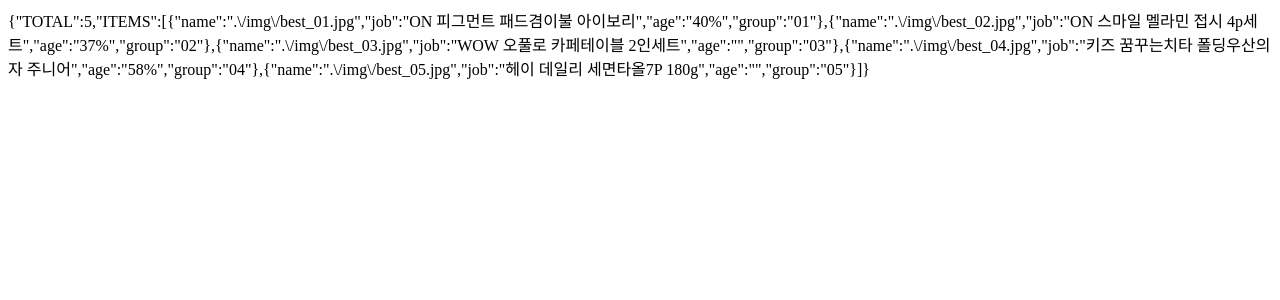
Repository: InhoKang92/jsp_1018
Page: http://localhost/Web_01/json/best.jsp
The author's editor kept a copy of each file at every save. The page is drawn from the files as they stood at one save, then again after the next save.
The browser window is 1280 px wide. The pictures show the whole page.
The page is served by Tomcat 9. Other server files are loaded and not shown.

Above is the page before, as saved 2024-10-18 00:49:08.

### Web_01/src/main/webapp/json/best.jsp
<%@ page language="java" contentType="text/html; charset=UTF-8"
pageEncoding="UTF-8"%>

<%@page import="org.json.simple.JSONObject"%>
<%@page import="org.json.simple.JSONArray"%>

<%

Object[][] best = {
						{"./img/best_01.jpg", "01", "ON 피그먼트 패드겸이불 아이보리", "40%", "29,000원", "49,900원"},
						{"./img/best_02.jpg", "02", "ON 스마일 멜라민 접시 4p세트", "37%", "9,900원", "15,900원"},
						{"./img/best_03.jpg", "03", "WOW 오풀로 카페테이블 2인세트", "", "117,700원", ""},
						{"./img/best_04.jpg", "04", "키즈 꿈꾸는치타 폴딩우산의자 주니어", "58%", "15,900원", "37,900원"},
						{"./img/best_05.jpg", "05", "헤이 데일리 세면타올7P 180g", "", "29,900원", ""}
				  };

JSONObject jsonList = new JSONObject();
JSONArray itemList = new JSONArray();


for(int i=0;i < best.length; i++){
	JSONObject tempJson = new JSONObject();
		tempJson.put("name", best[i][0]);
		tempJson.put("group", best[i][1]);
		tempJson.put("job", best[i][2]);
		tempJson.put("age", best[i][3]);
	itemList.add(tempJson);
}
jsonList.put("TOTAL",best.length);
jsonList.put("ITEMS",itemList);

System.out.println(jsonList);
out.print(jsonList);

%>

After the next save:
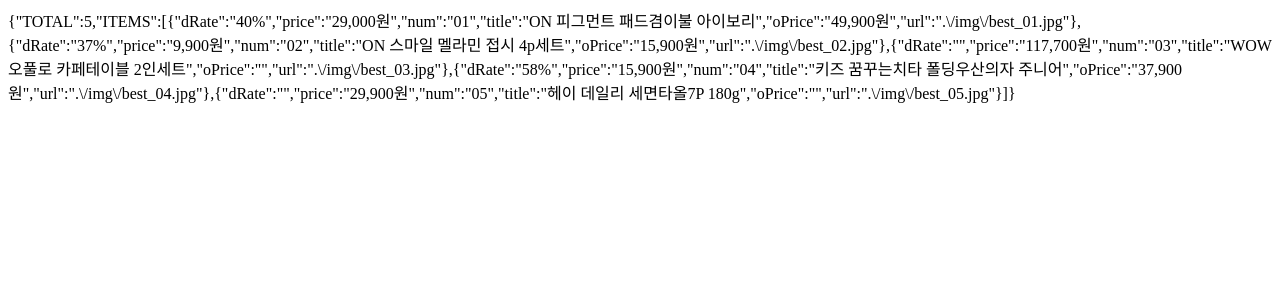
Saved 56 s later.
--- a/Web_01/src/main/webapp/json/best.jsp
+++ b/Web_01/src/main/webapp/json/best.jsp
@@ -20,10 +20,12 @@ JSONArray itemList = new JSONArray();
 
 for(int i=0;i < best.length; i++){
 	JSONObject tempJson = new JSONObject();
-		tempJson.put("name", best[i][0]);
-		tempJson.put("group", best[i][1]);
-		tempJson.put("job", best[i][2]);
-		tempJson.put("age", best[i][3]);
+		tempJson.put("url", best[i][0]);
+		tempJson.put("num", best[i][1]);
+		tempJson.put("title", best[i][2]);
+		tempJson.put("dRate", best[i][3]);
+		tempJson.put("price", best[i][4]);
+		tempJson.put("oPrice", best[i][5]);
 	itemList.add(tempJson);
 }
 jsonList.put("TOTAL",best.length);
